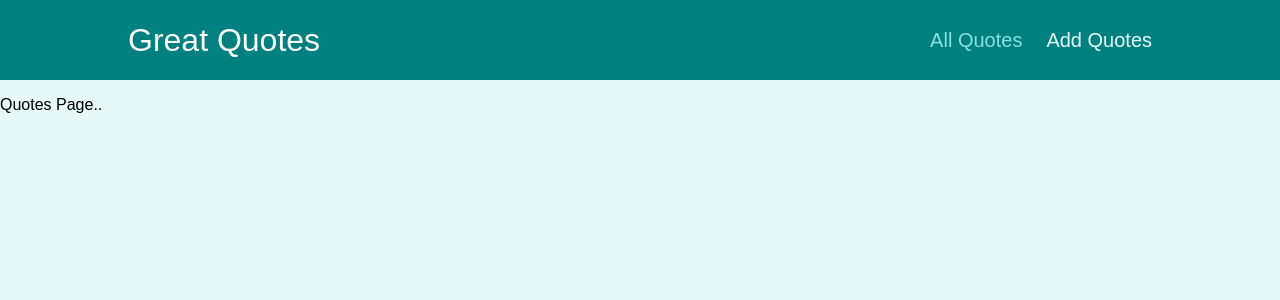
Repository: NamalPathirana/react-router-prac-two-demo
Page: /add-quotes
These files come from the project's save history. The page is drawn as it stood at one moment and after the next save; the edit follows.
The browser window is 1280 px wide. The pictures show the whole page.
The project was rebuilt for these pictures with package versions that can differ from the ones it lists, and the page was loaded fresh each time. Also part of the build but not shown: src/components/pages/AddQuotes.js.

Above is the page before, as saved 2022-04-18 00:53:15.

### src/App.js
import { Fragment } from "react";
import { Route, Switch } from "react-router-dom";
import Header from "./components/layout/Header";
import AddQuotes from "./components/pages/AddQuotes";
import QuotesDetails from "./components/pages/AddQuotes";
import Quotes from "./components/pages/Quotes";

function App() {
  return (
    <Fragment>
      <Header></Header>
      <main>
        <Switch>
          <Route to="/quotes" exact>
            <Quotes></Quotes>
          </Route>
          <Route to="/quotes/:quoteID">
            <QuotesDetails></QuotesDetails>
          </Route>
          <Route to="/add-quotes" exact>
            <AddQuotes></AddQuotes>
          </Route>
        </Switch>
      </main>
    </Fragment>
  );
}

export default App;

### src/components/layout/Header.js
import { NavLink } from "react-router-dom";
import classes from "./MainNavigation.module.css";

const Header = () => {
  return (
    <header className={classes.header}>
      <p className={classes.logo}>Great Quotes</p>
      <nav className={classes.nav}>
        <ul>
          <li>
            <NavLink activeClassName={classes.active} to="/quotes">All Quotes</NavLink>
          </li>
          <li>
            <NavLink activeClassName={classes.active} to="/add-quotes">Add Quotes</NavLink>
          </li>
        </ul>
      </nav>
    </header>
  );
};

export default Header;

### src/components/pages/Quotes.js
import { Fragment } from "react";


const Quotes = () => {
    return <Fragment>
        <p>Quotes Page..</p>
    </Fragment>
}

export default Quotes;

Loaded but not shown: public/index.html (common file); src/index.js (common file); src/index.css (common file); src/components/layout/MainNavigation.module.css (common file)

After the next save:
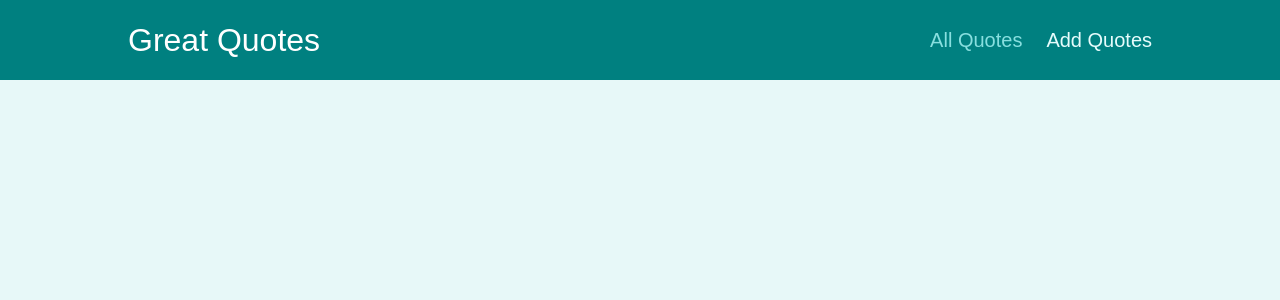
Saved 4 min 53 s later.
--- a/src/components/pages/Quotes.js
+++ b/src/components/pages/Quotes.js
@@ -3,7 +3,7 @@
 
 const Quotes = () => {
     return <Fragment>
-        <p>Quotes Page..</p>
+
     </Fragment>
 }
 

After the save that followed:
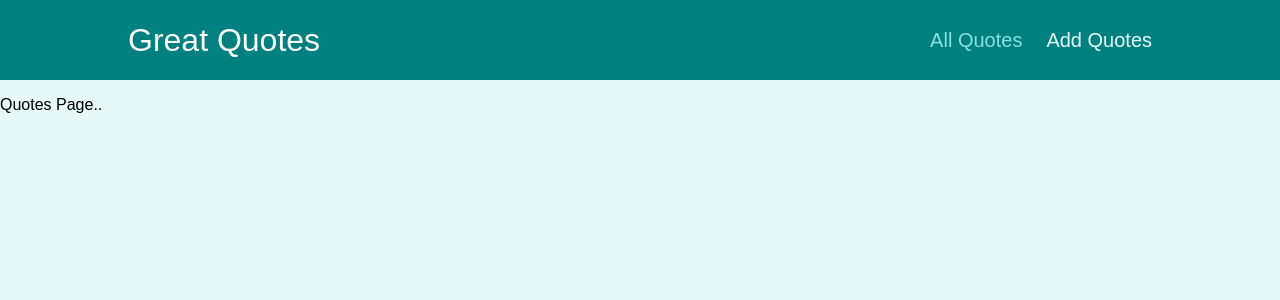
Saved 8 s later.
--- a/src/components/pages/Quotes.js
+++ b/src/components/pages/Quotes.js
@@ -3,7 +3,7 @@
 
 const Quotes = () => {
     return <Fragment>
-
+        <p>Quotes Page..</p>
     </Fragment>
 }
 
